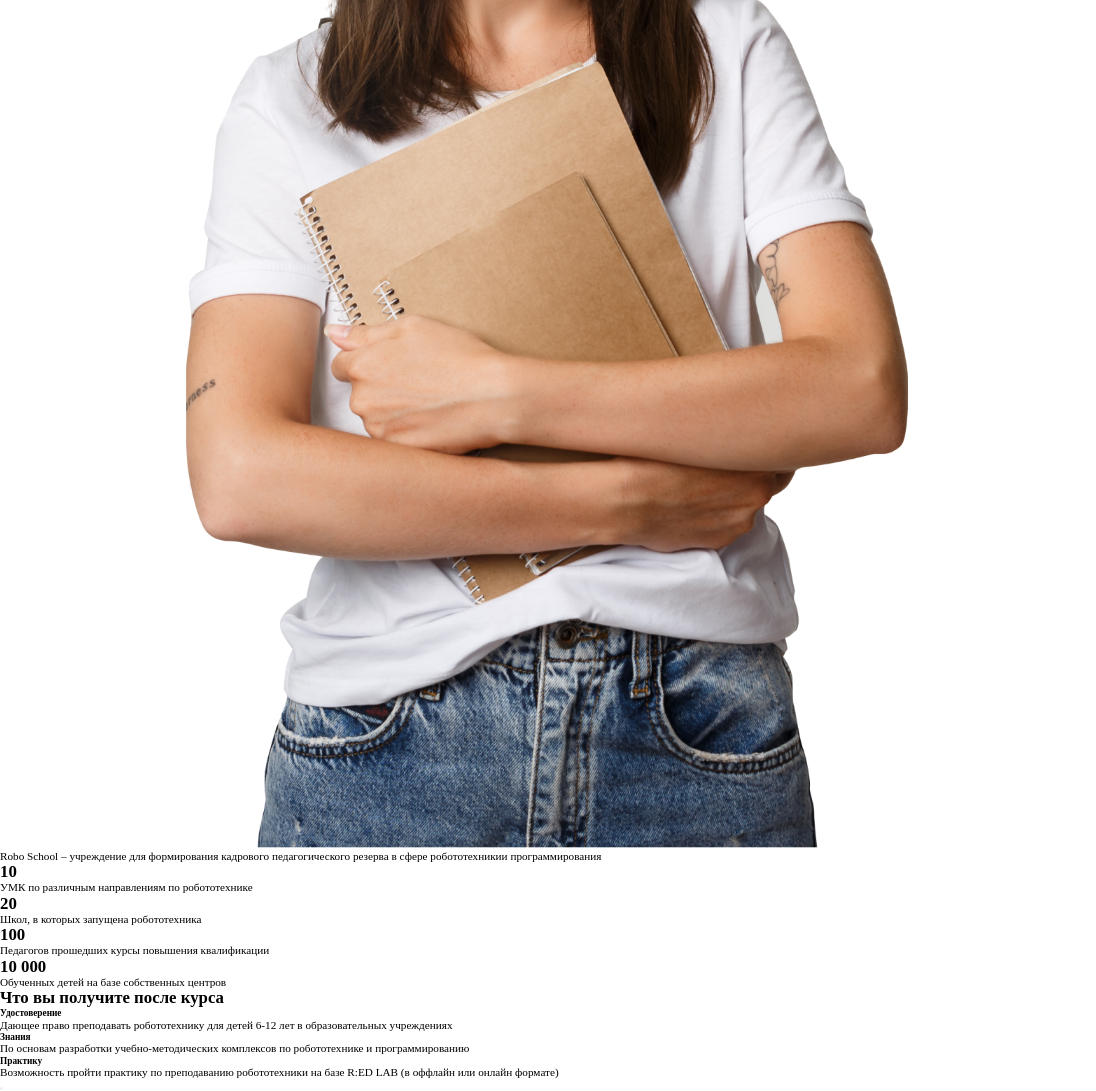
Repository: Shaiyr1/robo
Page: index.html
These files come from the project's save history. The page is drawn as it stood at one moment and after a run of saves; the edit follows.
The browser window is 1280 px wide. The page is 1566 px wide, so the pictures cover 1566 px, including what lies to the right of the window. The pictures show the part of the page from y = 779 to 2339 px (the page is 2338 px tall before and 2339 px after), at 70% of full size.

Above is the page before, as saved 2026-11-02 16:55:09.

### index.html
<!DOCTYPE html>
<html lang="en">

<head>
    <meta charset="UTF-8">
    <meta http-equiv="X-UA-Compatible" content="IE=edge">
    <meta name="viewport" content="width=device-width, initial-scale=1.0">
    <link rel="stylesheet" href="./src/css/style.css">
    <title>Document</title>
</head>

<body>
    <header class="header">
        <nav class="header-nav">
            <a class="header-nav__link" href="">
                ROBO.SCHOOL
            </a>
            <ul class="header-nav__ul">
                <li class="header-nav__li">
                    <a class="header-nav__li-link" href="">О школе</a>
                </li>
                <li class="header-nav__li">
                    <a class="header-nav__li-link" href="">Тренеры</a>
                </li>
                <li class="header-nav__li">
                    <a class="header-nav__li-link" href="">Стоимость</a>
                </li>
            </ul>
            <a class="header-nav__number" href="">+7 800 000 11 22</a>
        </nav>
    </header>
    <main>
        <section class="home">
            <div class="container home_blocks">
                <div class="home-block">
                    <h1 class="home-block__title">ROBO SCHOOL</h1>
                    <p class="home-block__subtitle">Курсы повышения квалификации по робототехнике для педагогов
                        начальной школы</p>
                    <button class="home-block__btn">Записаться на курс</button>
                </div>
                <img class="home__img" src="./src/img/Group 211 (5).png" alt="homeImage">
            </div>
        </section>
        <section class="about">
            <div class="container">
                <p class="about__text">
                    <span>Robo School</span> – учреждение для формирования кадрового педагогического резерва в сфере
                    робототехникии программирования
                </p>
                <div class="about-items">
                    <div class="about-item">
                        <h2 class="about-item__number">10</h2>
                        <p class="about-item__text">
                            УМК по различным направлениям по робототехнике
                        </p>
                    </div>
                    <div class="about-item">
                        <h2 class="about-item__number">20</h2>
                        <p class="about-item__text">
                            Школ, в которых запущена робототехника
                        </p>
                    </div>
                    <div class="about-item">
                        <h2 class="about-item__number">100</h2>
                        <p class="about-item__text">
                            Педагогов прошедших курсы повышения квалификации
                        </p>
                    </div>
                    <div class="about-item">
                        <h2 class="about-item__number">10 000</h2>
                        <p class="about-item__text">
                            Обученных детей на базе собственных центров
                        </p>
                    </div>
                </div>
            </div>
        </section>
        <section class="result">
            <div class="container">
                <h2 class="result__title">Что вы получите после курса</h2>
                <div class="result-blocks">
                    <div class="result-block">
                        <h5 class="result-block__title">Удостоверение</h5>
                        <p class="result-block__text">Дающее право преподавать робототехнику для детей 6-12 лет в образовательных учреждениях</p>
                    </div>
                    <div class="result-block">
                        <h5 class="result-block__title">Знания</h5>
                        <p class="result-block__text">
                            По основам разработки учебно-методических комплексов
                            по робототехнике и программированию
                        </p>
                    </div>
                    <div class="result-block">
                        <h5 class="result-block__title">Практику</h5>
                        <p class="result-block__text">
                            Возможность пройти практику по преподаванию робототехники на базе R:ED LAB (в оффлайн или онлайн формате)
                        </p>
                        <div class="result-block__available">
                            <button></button>
                        </div>
                    </div>
                </div>
            </div>
        </section>
    </main>
</body>

</html>

### src/css/style.css
* {
    margin: 0;
    padding: 0;
    -webkit-box-sizing: border-box;
    box-sizing: border-box
}

After the next 3 saves:
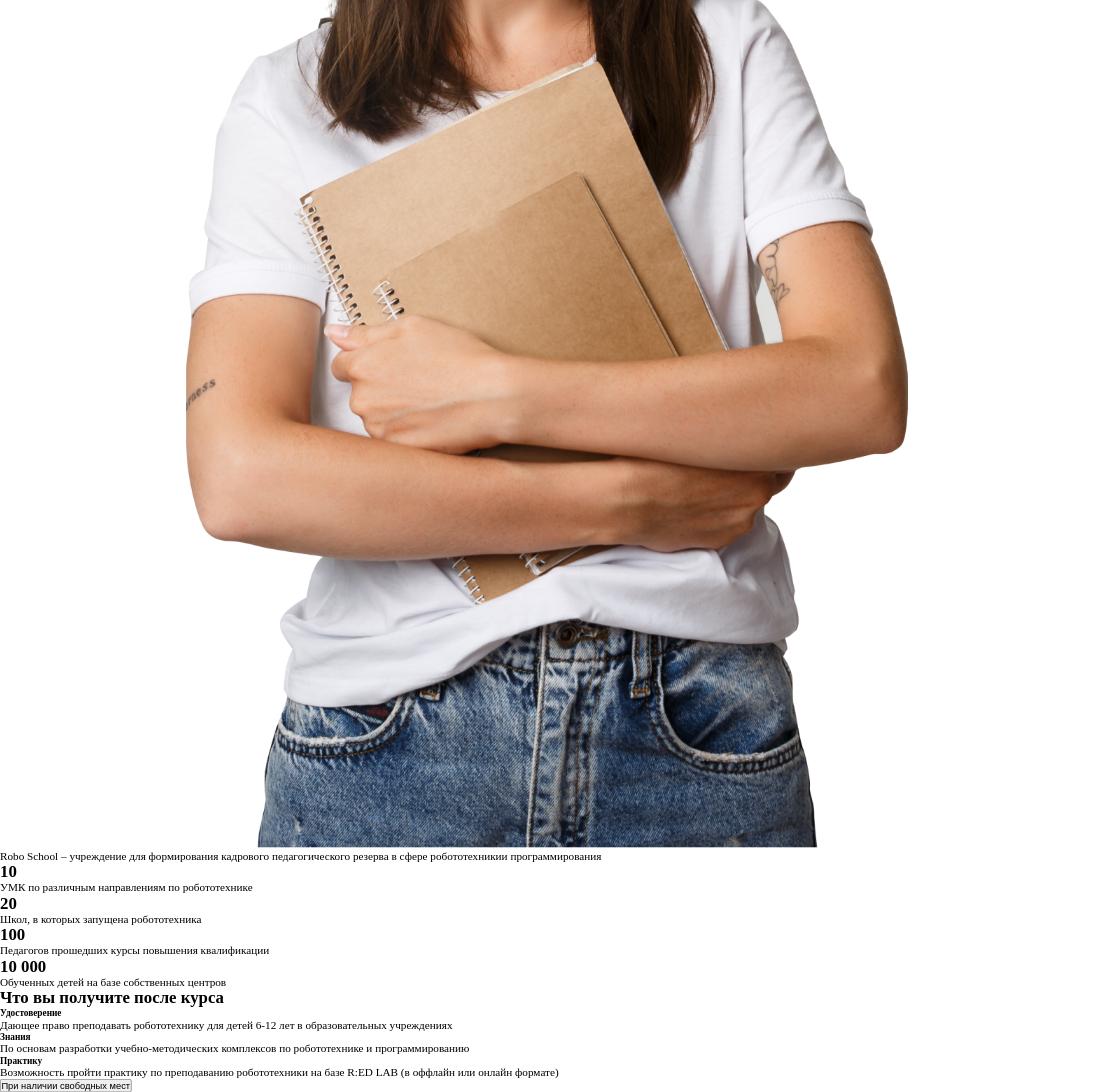
The 3 saves are shown as one change because they came seconds apart.
The last was saved 14 s later.
--- a/index.html
+++ b/index.html
@@ -96,7 +96,7 @@
                             Возможность пройти практику по преподаванию робототехники на базе R:ED LAB (в оффлайн или онлайн формате)
                         </p>
                         <div class="result-block__available">
-                            <button></button>
+                            <button class="res">При наличии свободных мест</button>
                         </div>
                     </div>
                 </div>
